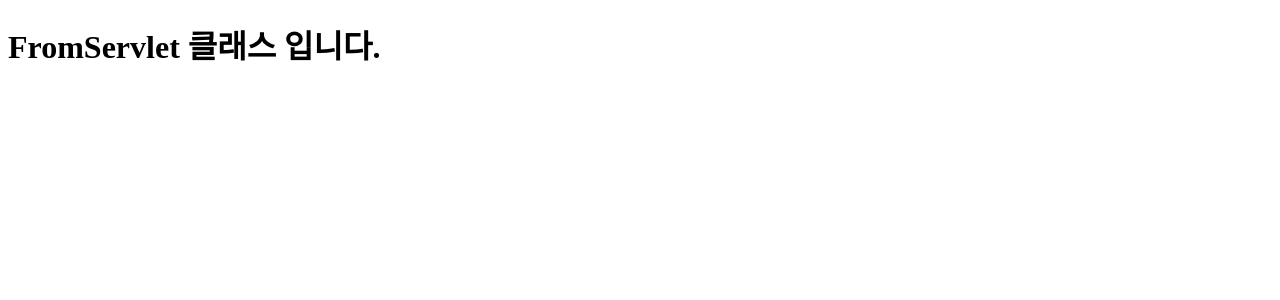
Repository: hari6180/JSP
Page: http://localhost/Model2/FromServlet
These files come from the project's save history. The page is drawn as it stood at one moment and after the next save; the edit follows.
The browser window is 1280 px wide. The pictures show the whole page.
The page is served by Tomcat 9.

Above is the page before, as saved 2021-01-25 02:15:38.

After the next save:
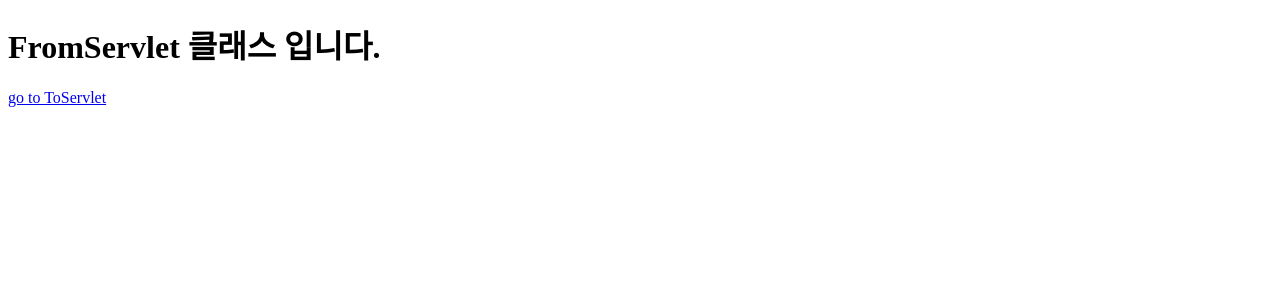
Saved 56 s later.
--- a/Model2/src/study/jsp/model2/controller/FromServlet.java
+++ b/Model2/src/study/jsp/model2/controller/FromServlet.java
@@ -44,7 +44,8 @@ public class FromServlet extends HttpServlet {
 		out.println("<body>");
 		out.println("<h1>FromServlet 클래스 입니다. </h1>");
 
-		out.println("");
+		// SubPage에게 GET 파라미터 전달하기
+		out.println("<p><a href='ToServlet?num1=100&num2=200'>go to ToServlet</a></p>");
 
 		out.println("");
 		out.println("");
